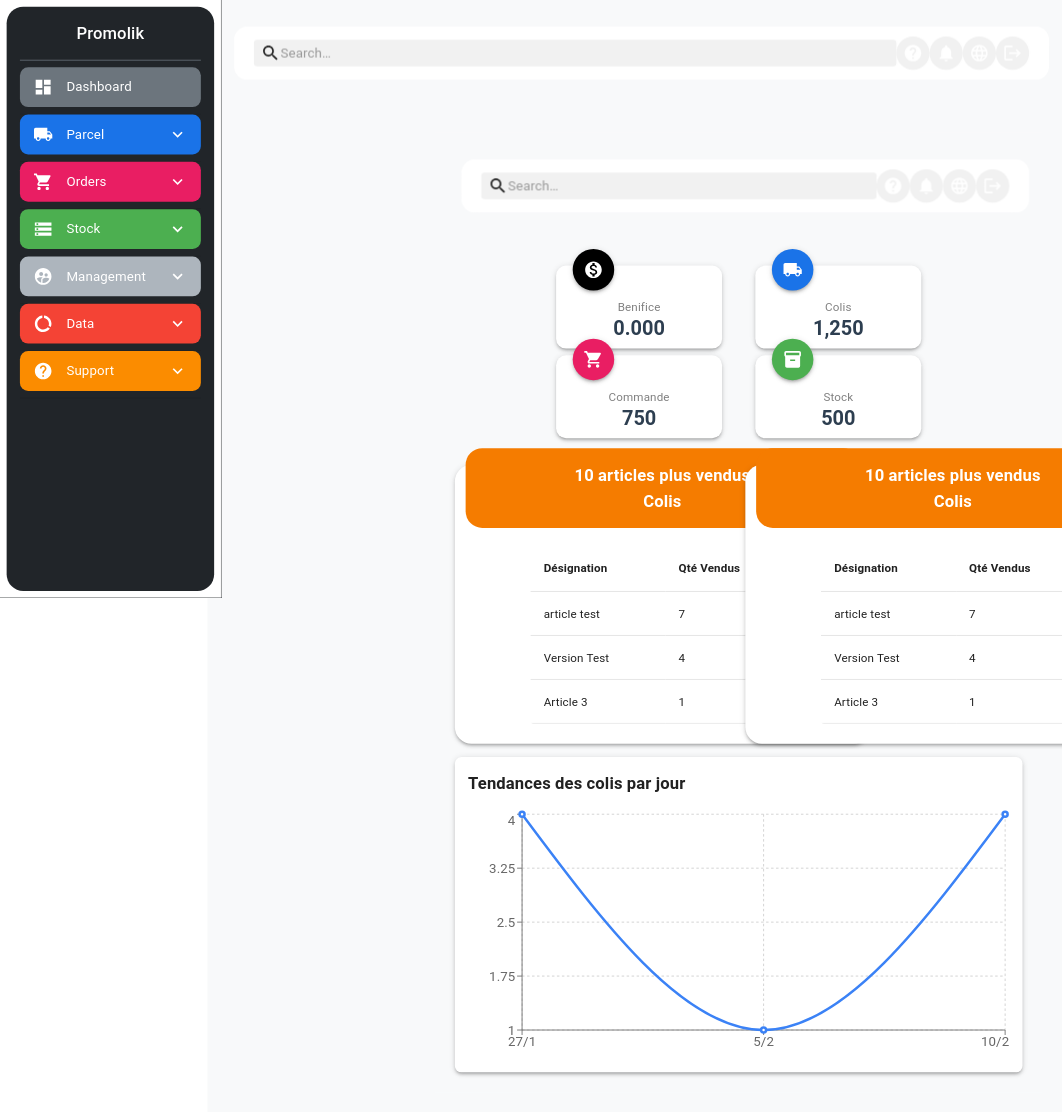
Repository: yosrjdly/stk
Page: /dashboard (app in dashboard/)
An editor plug-in stored every save of this project. The page is shown before and after a run of saves, followed by the edit.
The browser window is 1280 px wide. The pictures show the whole page, at 83% of full size.
The project was rebuilt for these pictures with package versions that can differ from the ones it lists, and the page was loaded fresh each time. The framework's server and built-in components were replaced by stand-ins that run in the browser. Also part of the build but not shown: dashboard/next.config.ts.

Above is the page before, as saved 2025-02-16 16:43:42.

After the next 3 saves:
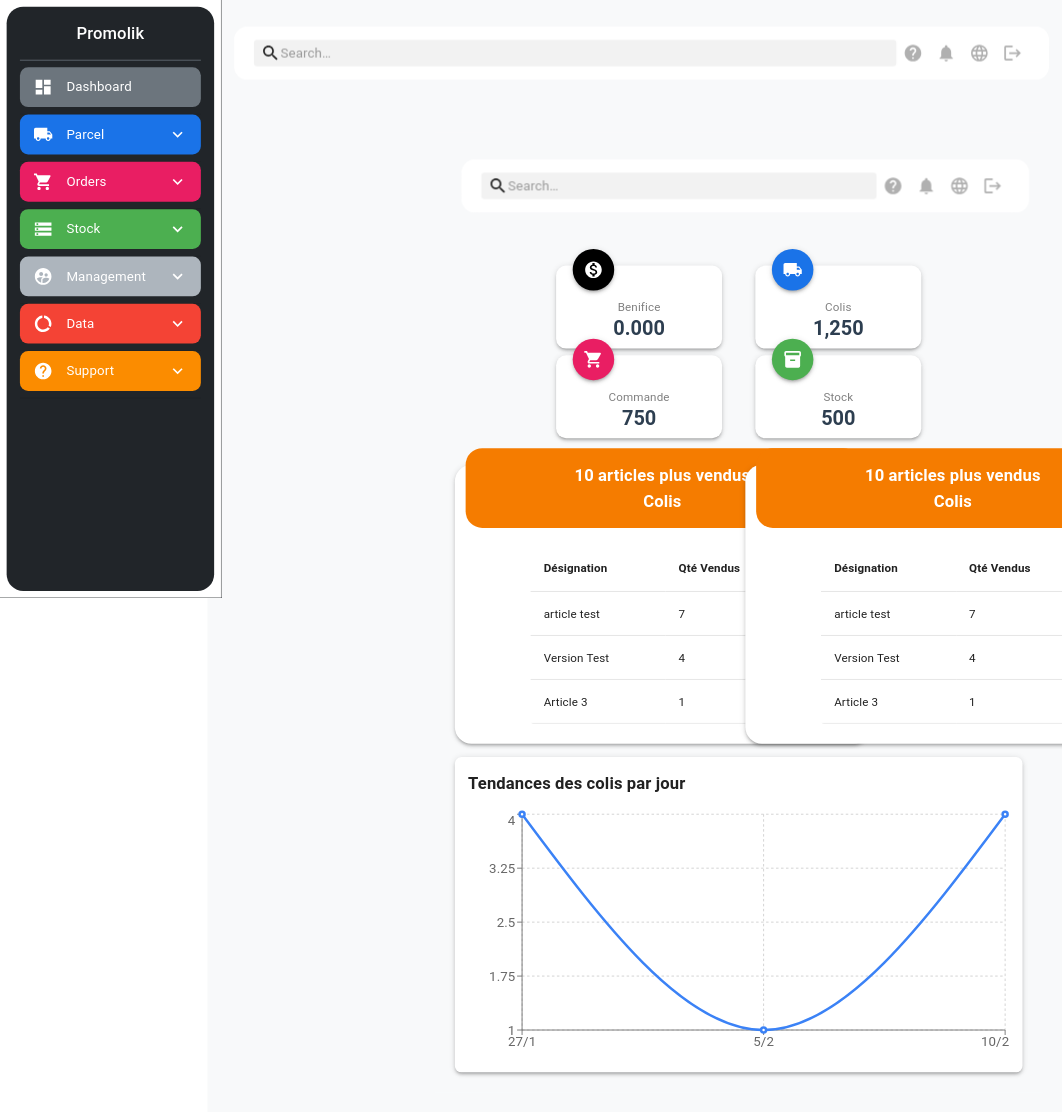
The 3 saves are shown as one change because 1 did not build or start and some came seconds apart.
The last was saved 62 s later.
--- a/dashboard/src/componenets/navbar/Navbar.tsx
+++ b/dashboard/src/componenets/navbar/Navbar.tsx
@@ -1,3 +1,4 @@
+
 'use client';
 
 import React, { useState } from 'react';
@@ -25,7 +26,7 @@ const Navbar = () => {
         boxShadow: 'none',
         backdropFilter: 'blur(10px)',
         zIndex: 1200,
-        backgroundColor: '#ffff'
+        backgroundColor: '#ffff',
       }}
     >
       <Toolbar>
@@ -33,26 +34,26 @@ const Navbar = () => {
         <InputBase
           placeholder="Search…"
           startAdornment={<SearchIcon />}
-          sx={{ flexGrow: 1, backgroundColor: '#f1f1f1', borderRadius: '4px', paddingLeft: '8px' }}
+          sx={{ flexGrow: 1, backgroundColor: 'rgba(0, 0, 0, 0.05)', borderRadius: '4px', paddingLeft: '8px' }}
         />
 
         {/* Help Icon */}
-        <IconButton color="inherit" onClick={handleMenuOpen} sx={{ backgroundColor: '#f1f1f1' }}>
+        <IconButton color="inherit" onClick={handleMenuOpen} sx={{ color: '#B0B0B0' }}>
           <HelpIcon />
         </IconButton>
 
         {/* Notifications Icon */}
-        <IconButton color="inherit" sx={{ backgroundColor: '#f1f1f1' }}>
+        <IconButton color="inherit" sx={{ color: '#B0B0B0' }}>
           <NotificationsIcon />
         </IconButton>
 
         {/* Language Icon */}
-        <IconButton color="inherit" sx={{ backgroundColor: '#f1f1f1' }}>
+        <IconButton color="inherit" sx={{ color: '#B0B0B0' }}>
           <LanguageIcon />
         </IconButton>
 
         {/* Logout Icon */}
-        <IconButton color="inherit" sx={{ backgroundColor: '#f1f1f1' }}>
+        <IconButton color="inherit" sx={{ color: '#B0B0B0' }}>
           <LogoutIcon />
         </IconButton>
       </Toolbar>
